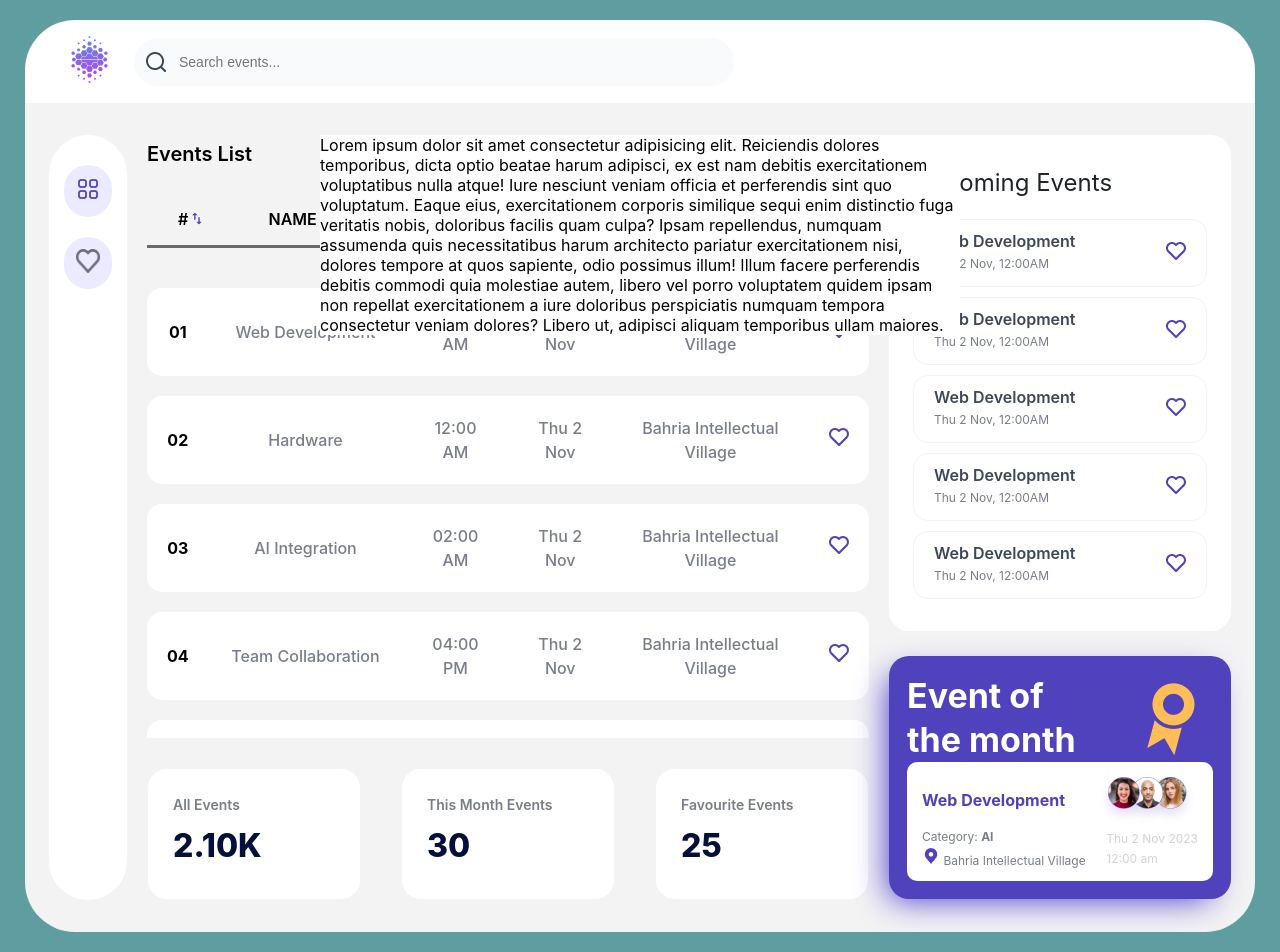
Repository: ahmadunitedsol710/react-dashboard
Page: /, after clicking the first element matching `tr.body_row`
The author's editor kept a copy of each file at every save. The page is drawn from the files as they stood at one save, then again after the next save.
The browser window is 1280 px wide. The pictures show the whole page.
An inner scrolling area shows only its first screen. The project was rebuilt for these pictures with package versions that can differ from the ones it lists, and the page was loaded fresh each time.

Above is the page before, as saved 2024-08-02 09:18:21.

### src/App.js
// import {BrowserRouter as Router, Routes, Route} from 'react-router-dom';
import Header from './Components/Header/index';
import Events from './Components/Body/Events';
import './App.css';

function App() {
  return (
    <div className="App container">
    {/* <Router>
      <Routes>
          <Route path="/" exact element={<Header/>}/>
      </Routes>
    </Router> */}
    <Header/>
    <Events/>
    </div>
  );
}

export default App;

### src/Components/Header/index.js
import '../../App.css';
import logo from '../../Images/logo.png'

const Index = () => {

    return (
        <>
            <div className="header">
                <div className="logo">
                    <img src={logo} alt="logo" />
                </div>
                <div className="search_box">
                    <input type="search"  name="search" placeholder='Search events...' className='srch'/>
                </div>
            </div>
        </>
    )
}

export default Index;

### src/Components/Body/Events.js
import '../../App.css';
import Sidebar from './Sidebar';
import List from './Eventlist';
import Upcommingevent from './Upcomingevent';
import Monthlyevent from './Monthlyevent'
import { useEffect, useState } from 'react';

const Events = () => {
    const [showfav, setshowfav] = useState(false)
    const tabledata = [
        {id:"01",name:"Web Development",time:'12:00 AM',date:"Thu 2 Nov",location:"Bahria Intellectual Village"},

        {id:"02",name:"Hardware",time:'12:00 AM',date:"Thu 2 Nov",location:"Bahria Intellectual Village"},

        {id:"03",name:"AI Integration",time:'02:00 AM',date:"Thu 2 Nov",location:"Bahria Intellectual Village"},

        {id:"04",name:"Team Collaboration",time:'04:00 PM',date:"Thu 2 Nov",location:"Bahria Intellectual Village"},

        {id:"05",name:"Front End Development",time:'06:00 PM',date:"Thu 2 Nov",location:"Bahria Intellectual Village"},

        {id:"06",name:"Front End Development",time:'06:00 PM',date:"Thu 2 Nov",location:"Bahria Intellectual Village"},

        {id:"07",name:"Front End Development",time:'06:00 PM',date:"Thu 2 Nov",location:"Bahria Intellectual Village"},

        {id:"08",name:"Front End Development",time:'06:00 PM',date:"Thu 2 Nov",location:"Bahria Intellectual Village"}
   ]

   const [storedData, setStoredData] = useState([])
   useEffect(()=>{
    setStoredData(localStorage.getItem("favourite") ? JSON.parse([localStorage.getItem("favourite")]) : [])
   }, [])

   const eventdata = [
    {id:1, name:"Web Development",date_time:'Thu 2 Nov, 12:00AM'},
    {id:2, name:"Web Development",date_time:'Thu 2 Nov, 12:00AM'},
    {id:3, name:"Web Development",date_time:'Thu 2 Nov, 12:00AM'},
    {id:4, name:"Web Development",date_time:'Thu 2 Nov, 12:00AM'},
    {id:5, name:"Web Development",date_time:'Thu 2 Nov, 12:00AM'},
    {id:6, name:"Web Development",date_time:'Thu 2 Nov, 12:00AM'},
    {id:7, name:"Web Development",date_time:'Thu 2 Nov, 12:00AM'},
    {id:8, name:"Web Development",date_time:'Thu 2 Nov, 12:00AM'},
    {id:9, name:"Web Development",date_time:'Thu 2 Nov, 12:00AM'}
]

   const [storedList, setStoredList] = useState([])
   useEffect(()=>{
    setStoredList(localStorage.getItem("list") ? JSON.parse([localStorage.getItem("list")]) : [])
   }, [])



    return (
        <>
            <div className="events">
                <div className='parent_block'>
                    <Sidebar setshowfav={setshowfav}/>
                    <List showfav={showfav} favdata={storedData} tabledata={tabledata} setStoredData={setStoredData}/>

                     <div className='child_block'>
                        <Upcommingevent showfav={showfav} favdata={storedList} eventdata={eventdata} setStoredList={setStoredList}/>
                        {!showfav && <Monthlyevent/> }
                    </div>

                </div>
            </div>
        </>
    )
}

export default Events;

### src/App.css
body {
  background-color: cadetblue;
}

.container {
  max-width: 1440px;
  margin: 20px auto;
  padding: 0 25px;
  box-sizing: border-box;
}

.App-logo {
  height: 40vmin;
  pointer-events: none;
}

@media (prefers-reduced-motion: no-preference) {
  .App-logo {
    animation: App-logo-spin infinite 20s linear;
  }
}

.App-header {
  background-color: #282c34;
  min-height: 100vh;
  display: flex;
  flex-direction: column;
  align-items: center;
  justify-content: center;
  font-size: calc(10px + 2vmin);
  color: white;
}

.App-link {
  color: #61dafb;
}

@keyframes App-logo-spin {
  from {
    transform: rotate(0deg);
  }
  to {
    transform: rotate(360deg);
  }
}

::-webkit-scrollbar {
  width: 5px;
}

/* Track */
::-webkit-scrollbar-track {
  box-shadow: inset 0 0 5px grey;
  border-radius: 10px;
}

/* Handle */
::-webkit-scrollbar-thumb {
  background: #D9D9D9;
  border-radius: 10px;
}

/* Handle on hover */
::-webkit-scrollbar-thumb:hover {
  background: #6e6e6e;
}


/* Header */
.header { display: flex; justify-content: center; align-items: center; gap: 20px; background-color: #ffffff; padding: 15px 40px; border-radius: 50px 50px 0 0; }

.header .search_box { position: relative; width: 100%; }

.header .search_box .srch { background-image: url(./Images/Search.png); background-repeat: no-repeat; background-color: #F9FAFC; background-position: 10px center; border: none; padding: 13px 45px; width: 600px; border-radius: 50px; font-size: 14px; font-weight: 400; color: #3D4756; line-height: 22px; }


/* Events */
.events { background-color: #f3f3f3; padding: 32px 24px; box-sizing: border-box; border-radius: 0 0 50px 50px; }

.events .parent_block { display: flex; gap: 20px; justify-content: space-between; }

.events .parent_block .child_block { max-width: 380px; width: 100%; }

/* Sidebar */
.sidebar { display: flex; flex-direction: column; background-color: #ffffff; max-width: 80px; padding: 30px 15px; box-sizing: border-box; border-radius: 40px; }

.image { background-color: #ECEAFF; margin-bottom: 20px; border-radius: 25px; }

.sidebar_img { width: 24px; height: 24px; padding: 12px; }

/* Event list */
.event_details { /*max-width: 850px; */ width: calc(100% - 460px); }

.event_details .evenlist .main { display: flex; justify-content: space-between; align-items: center; }

.event_details .evenlist .main .heading { font-size: 20px; font-weight: 600; line-height: 30px; margin: 0; }

.event_details .evenlist .main .filter { background-color: #ffffff; padding: 5px; border-radius: 5px; box-sizing: border-box; }

table { border-collapse: separate; border-spacing: 0 20px;  width: 100%}

.tbody_container { overflow-y: auto; max-height: 470px; }

th { text-align: center; font-size: 16px; font-weight: 600; line-height: 22px; padding: 15px 20px; box-sizing: border-box; border-bottom: 3px solid #6a6a6a; }

.index { font-size: 16px; font-weight: bolder; line-height: 24px; }

.body_row td { background-color: #ffffff; padding: 20px; text-align: center; }

.body_row td:first-child { border-radius: 15px 0 0 15px; }

.body_row td:last-child { border-radius: 0 15px 15px 0; }

.body_row .details { font-size: 16px; font-weight: 500; line-height: 24px; color: #797d8c; }

.cards { display: flex; align-items: center; gap: 40px; margin-top: 30px; }

.cards .all_events, .cards .this_month, .cards .fav_events { background-color: #ffffff; border-radius: 20px; border: 1px solid #f3f3f3; width: 260px; padding: 25px 25px 33px; box-sizing: border-box; }

.cards .text { color: #797d8c; font-size: 14px; font-weight: 600; line-height: 22px; margin: 0; }

.cards .title { font-size: 32px; line-height: 40px; font-weight: 800; margin: 10px 0 0; color: #04103b; }



/* Upcoming events */
.upcomingevents { background-color: #ffffff; border-radius: 20px; padding: 32px 24px; box-sizing: border-box; }

.upcomingevents .title { font-size: 24px; line-height: 32px; font-weight: 400; color: #1e232a; margin: 0 0 20px; }

.upcomingevents .events_list { margin: 0; padding: 0; height: 380px; overflow-y: auto; }

.upcomingevents .events_list .event { border: 1px solid #f3f3f3; list-style-type: none; border-radius: 15px; padding: 10px 20px; display: flex; align-items: center; justify-content: space-between; margin-bottom: 10px; }

.upcomingevents .events_list .event:last-child { margin-bottom: 0; }

.upcomingevents .events_list .event .event_title { font-size: 16px; font-weight: 600; line-height: 22px; color: #3d4756; margin: 0; }

.upcomingevents .events_list .event .event_date_time { font-size: 12px; font-weight: 400; line-height: 24px; color: #797D8C; margin: 0; }


/* Monthly event */
.monthly_event { background-color: #5041bc; color: #ffffff; padding: 18px; box-sizing: border-box; border-radius: 20px; margin-top: 25px; box-shadow: -10px 10px 33px -10px #4533C9; }

.monthly_event .upper_part { display: flex; justify-content: space-between; align-items: center; }

.monthly_event .upper_part .heading { max-width: 180px; margin: 0; font-size: 34px; font-weight: 700; line-height: 44px; }

.bottom_part { background-color: #ffffff; color: #5041BC; border-radius: 10px; padding: 10px 15px; }

.bottom_part .first_row, .bottom_part .second_row { display: flex; justify-content: space-between; align-items: center; }

.bottom_part .first_row .course_title { margin: 0; font-size: 16px; font-weight: 700; line-height: 26px; }

.bottom_part .second_row { font-size: 12px; font-weight: 400; line-height: 20px; }

.bottom_part .second_row .cat_loc { color: #797D8C; }

.bottom_part .second_row .date_time { color: #D2D2D2; }




/* Detail Popup */
.detailpopup {
  position: absolute;
  background-color: #ffffff;
  transform: translate(-50%);
  left: 50%;
}

### src/Components/Body/Sidebar.js
import '../../App.css';
import grid from '../../Images/grid.png';
import favourite from '../../Images/fav.png'

const sidebar = ({setshowfav}) => {

    return (
        <>
            <div className="sidebar">
                <div className="image">
                    <img src={grid} alt="grid" className='sidebar_img' onClick={()=>setshowfav(false)}/>
                </div>
                <div className="image">
                    <img src={favourite} alt="favourite" className='sidebar_img' onClick={()=>setshowfav(true)}/>
                </div>
            </div>
        </>
    )
}

export default sidebar;

### src/Components/Body/Eventlist.js
import '../../App.css';
import swap from '../../Images/swap.png';
import emptyfav from '../../Images/empty_fav.png'
import fillfav from '../../Images/fill_fav.png'
import filter from '../../Images/filter.png'
import { useEffect, useState } from 'react';
import Detailpopup from './Detailpopup';

const Eventlist = ({showfav, favdata, tabledata, setStoredData}) => {
    const [showModal, setShowModal] = useState(false)


    const add_fav = (data) => {
        const isFav = favdata.some(favitem => favitem.id === data.id)

        if (isFav) {
            // setStoredData(favdata.filter(favitem => favitem.id !== data.id));
            const updatedFavData = favdata.filter(favItem => favItem.id !== data.id);
            setStoredData(updatedFavData);
            localStorage.setItem("favourite", JSON.stringify(updatedFavData))

            console.log("else 1")
        }
        else {
            const updatedFavData = [...favdata, data];
            setStoredData(updatedFavData);
            localStorage.setItem("favourite", JSON.stringify(updatedFavData))
            console.log("else 2")
        }
    };

       const all_events = {text:"All Events", title:"2.10K"}
       const this_month = {text:"This Month Events", title:"30"}
       const fav_events = {text:"Favourite Events", title:"25"}
    return (
        <>
            <div className="event_details">
                <div className="evenlist">
                    <div className="main">
                        <h2 className='heading'>Events List</h2>
                        <img src={filter} alt="filter" className='filter' />
                    </div>
                    <div className="table_data">
                        <table className="table">
                            <thead className='table_head'>
                                <tr>
                                    <th># <img src={swap} alt="swap" /> </th>
                                    <th>NAME</th>
                                    <th>TIME</th>
                                    <th>DATE</th>
                                    <th>LOCATION</th>
                                    <th>ACTION</th>
                                </tr>
                            </thead>
                        </table>
                        <div className="tbody_container">
                            <table>
                                <tbody>
                                    {!showfav ? tabledata.map((data)=>(
                                        <tr className='body_row' key={data.id} onClick={()=>setShowModal(true)}>
                                        <td className='index' data-label="index">{data?.id}</td>
                                        <td className='details' data-label="name">{data?.name}</td>
                                        <td className='details' data-label="time">{data?.time}</td>
                                        <td className='details' data-label="date">{data?.date}</td>
                                        <td className='details' data-label="location">{data?.location}</td>
                                        <td className='details' data-label="location"> <img src={favdata.some(favitem => favitem.id === data.id) ? fillfav : emptyfav} alt="favourite"
                                        onClick={()=>add_fav(data)}/></td>
                                    </tr>)) :
                                    favdata.map((data)=>(
                                        <tr className='body_row' key={data.id} onClick={()=>setShowModal(true)}>
                                        <td className='index' data-label="index">{data?.id}</td>
                                        <td className='details' data-label="name">{data?.name}</td>
                                        <td className='details' data-label="time">{data?.time}</td>
                                        <td className='details' data-label="date">{data?.date}</td>
                                        <td className='details' data-label="location">{data?.location}</td>
                                        <td className='details' data-label="location"> <img src={favdata.some(favitem=>favitem.id === data.id) ? fillfav : emptyfav} alt="favourite"
                                        onClick={()=>add_fav(data)}/></td>
                                    </tr>
                                    ))}
                                </tbody>
                            </table>
                        </div>
                    </div>
                </div>

             {!showfav &&   <div className="cards">
                    <div className="all_events">
                        <p className='text'>{all_events.text}</p>
                        <h2 className='title'>{all_events.title}</h2>
                    </div>
                    <div className="this_month">
                        <p className='text'>{this_month.text}</p>
                        <h2 className='title'>{this_month.title}</h2>
                    </div>
                    <div className="fav_events">
                        <p className='text'>{fav_events.text}</p>
                        <h2 className='title'>{fav_events.title}</h2>
                    </div>
                </div>}
            </div>
            {showModal && <Detailpopup/>}
        </>
    )
}

export default Eventlist;

### src/Components/Body/Upcomingevent.js
import emptyfav from '../../Images/empty_fav.png'
import fillfav from '../../Images/fill_fav.png'

const Upcommingevent = ({showfav, eventdata, setStoredList, favdata}) => {

    const add_fav = (list) => {
        const isFav = favdata.some(favitem => favitem.id === list.id)

        if (isFav) {
            const updatedFavData = favdata.filter(favItem => favItem.id !== list.id);
            setStoredList(updatedFavData);
            localStorage.setItem("list", JSON.stringify(updatedFavData))
            console.log("else 1")
        }
        else {
            const updatedFavData = [...favdata, list];
            setStoredList(updatedFavData);
            localStorage.setItem("list", JSON.stringify(updatedFavData))
            console.log("else 2")
        }
    };

    return (
        <>  {/* add multiple tags when use empty tags */}
            <div className="upcomingevents">
                <h2 className="title">Upcoming Events</h2>

                <ul className="events_list">
                    {!showfav ? eventdata.map((list) => (
                        <li className="event" key={list.id}>
                            <div className="title_date_time">
                                <p className="event_title">{list.name}</p>
                                <p className="event_date_time">{list.date_time}</p>
                            </div>
                            <div>
                                <img src={favdata.some(favitem => favitem.id === list.id) ? fillfav : emptyfav} alt="emptyfav"
                                onClick={()=>add_fav(list)}/>
                            </div>
                        </li>
                    )) :
                    favdata.map((list) => (
                        <li className="event" key={list.id}>
                            <div className="title_date_time">
                                <p className="event_title">{list.name}</p>
                                <p className="event_date_time">{list.date_time}</p>
                            </div>
                            <div>
                                <img src={favdata.some(favitem => favitem.id === list.id) ? fillfav : emptyfav} alt="emptyfav"
                                onClick={()=>add_fav(list)}/>
                            </div>
                        </li>
                    ))}
                </ul>
            </div>
        </>
    )

}

export default Upcommingevent;

### src/Components/Body/Monthlyevent.js
import loc from '../../Images/location.png'
import teacher_img from '../../Images/user.png'
import pin from '../../Images/pin.png'


const MonthlyEvent = () => {
    const course_details = {name:"Web Development", image:teacher_img, category:"AI", location:"Bahria Intellectual Village", date:"Thu 2 Nov 2023", time:"12:00 am" }
    return (
        <>
        <div className="monthly_event">
            <div className="upper_part">
                <h1 className="heading">Event of the month</h1>
                <img src={loc} alt="location" />
            </div>

            <div className="bottom_part">
                <div className="first_row">
                    <h3 className='course_title'>{course_details.name}</h3>
                    <img src={course_details.image} alt="teachers" />
                </div>
                <div className="second_row">
                    <div className="cat_loc">
                        <div>Category: <strong>{course_details.category}</strong></div>
                        <div> <img src={pin} alt="pin" />  {course_details.location}</div>
                    </div>
                    <div className="date_time">
                        <div className="date">{course_details.date}</div>
                        <div className="time">{course_details.time}</div>
                    </div>
                </div>
            </div>
        </div>
        </>
    )
}


export default MonthlyEvent;

### src/Components/Body/Detailpopup.js

import pin from '../../Images/pin.png'

const Detailpopup = () => {
    return (
        <>
        <div className="detailpopup">
            Lorem ipsum dolor sit amet consectetur adipisicing elit. Reiciendis dolores temporibus, dicta optio beatae harum adipisci, ex est nam debitis exercitationem voluptatibus nulla atque! Iure nesciunt veniam officia et perferendis sint quo voluptatum. Eaque eius, exercitationem corporis similique sequi enim distinctio fuga veritatis nobis, doloribus facilis quam culpa? Ipsam repellendus, numquam assumenda quis necessitatibus harum architecto pariatur exercitationem nisi, dolores tempore at quos sapiente, odio possimus illum! Illum facere perferendis debitis commodi quia molestiae autem, libero vel porro voluptatem quidem ipsam non repellat exercitationem a iure doloribus perspiciatis numquam tempora consectetur veniam dolores? Libero ut, adipisci aliquam temporibus ullam maiores.
        </div>
        </>
    )
}

export default Detailpopup;

Loaded but not shown: public/index.html (common file); src/index.js (common file); src/index.css (common file); src/reportWebVitals.js (common file)

After the next save:
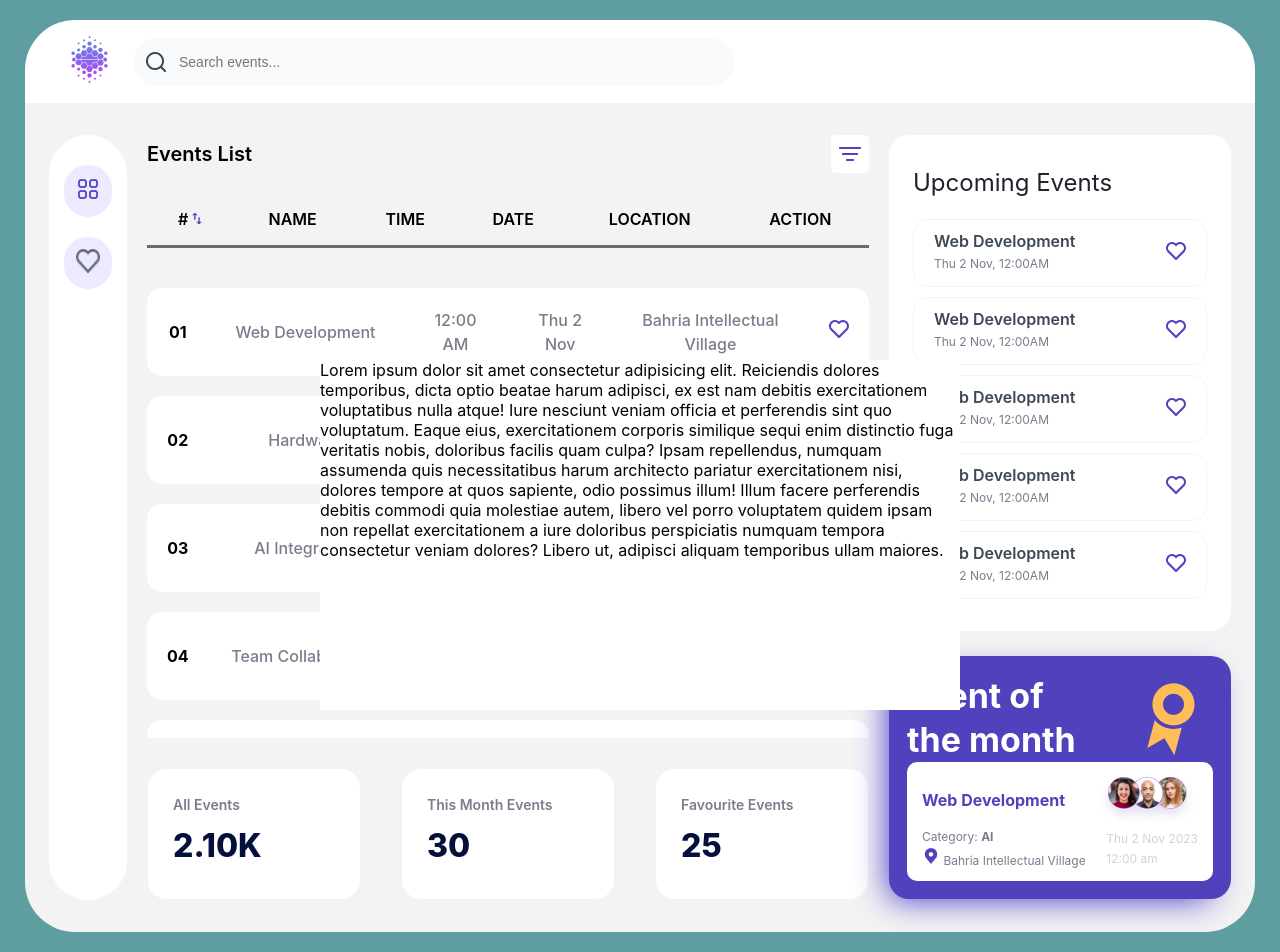
Saved 2 min 40 s later.
--- a/src/App.css
+++ b/src/App.css
@@ -165,6 +165,8 @@ th { text-align: center; font-size: 16px; font-weight: 600; line-height: 22px; p
 .detailpopup {
   position: absolute;
   background-color: #ffffff;
-  transform: translate(-50%);
+  transform: translateX(-50%);
   left: 50%;
+  top: 50%;
+  height: 350px;
 }
